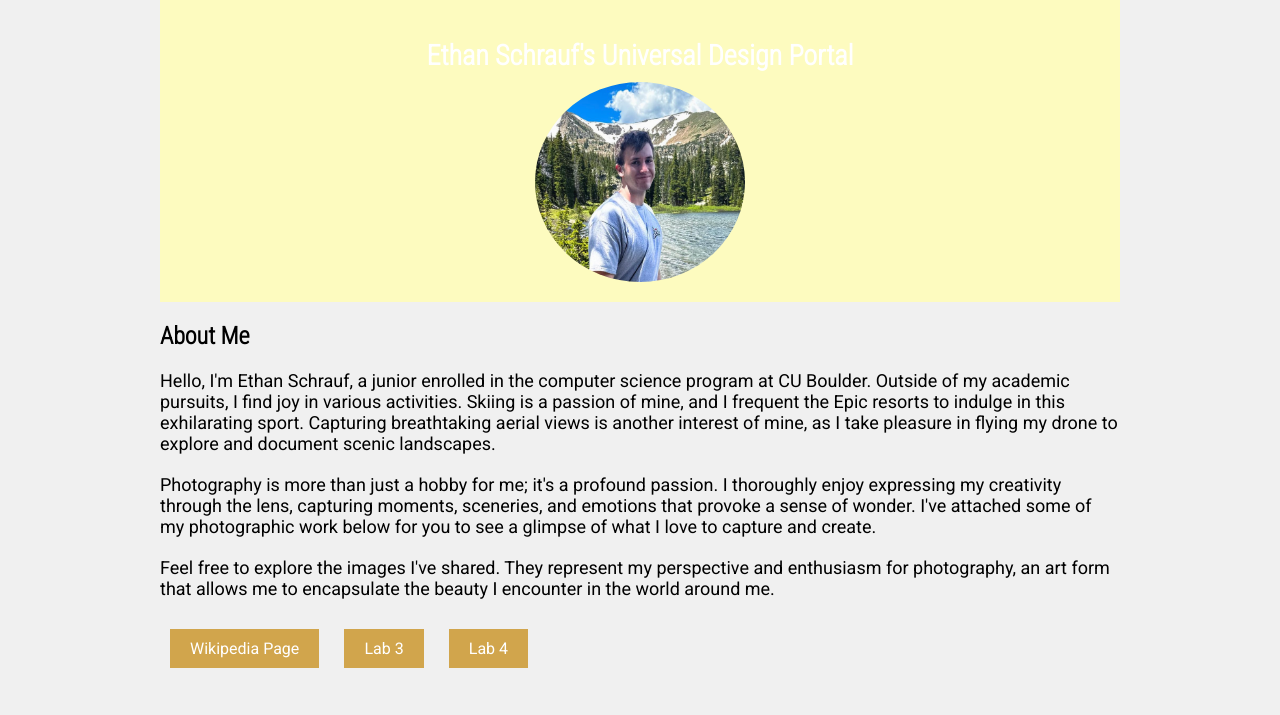
Repository: ethan-schrauf/UniversalDesignWebsite
Page: index.html
These files come from the project's save history. The page is drawn as it stood at one moment and after the next save; the edit follows.
The browser window is 1280 px wide. The pictures show the whole page.

Above is the page before, as saved 2023-10-30 22:26:18.

### index.html
<!DOCTYPE html>
<html lang="en">
<head>
    <meta charset="UTF-8">
    <meta name="viewport" content="width=device-width, initial-scale=1.0">
    <title>Universal Design Portal</title>
    <link href="index.css" rel="stylesheet">
</head>
<body>
    <div class = "container">
    <header>
        <h1>Ethan Schrauf's Universal Design Portal</h1>
        <img src="images/IMG_258630A4E789-1.jpeg" alt="Picture of Ethan Schrauf on a hike.">
    </header>
    <main>

    <section>
        <h2>About Me</h2>
        <p>Hello, I'm Ethan Schrauf, a junior enrolled in the computer science program at CU Boulder. Outside of my academic pursuits, I find joy in various activities. Skiing is a passion of mine, and I frequent the Epic resorts to indulge in this exhilarating sport. Capturing breathtaking aerial views is another interest of mine, as I take pleasure in flying my drone to explore and document scenic landscapes. </p>
        <p>Photography is more than just a hobby for me; it's a profound passion. I thoroughly enjoy expressing my creativity through the lens, capturing moments, sceneries, and emotions that provoke a sense of wonder. I've attached some of my photographic work below for you to see a glimpse of what I love to capture and create.</p>
        <p>Feel free to explore the images I've shared. They represent my perspective and enthusiasm for photography, an art form that allows me to encapsulate the beauty I encounter in the world around me.</p>
    </section>
        <form style = "display: inline;" action="https://ethan-schrauf.github.io/UniversalDesignWebsite/wikipedia.html" method="get">
            <button>Wikipedia Page</button>
        </form>

        <form style = "display: inline;" action="https://ethan-schrauf.github.io/UniversalDesignWebsite/lab3.html" method="get">
            <button>Lab 3</button>
        </form>

        <form style = "display: inline;" action="https://ethan-schrauf.github.io/UniversalDesignWebsite/lab4.html" method="get">
            <button>Lab 4</button>
        </form>
    </main>
</div>
</body>
</html>

### index.css
@import url('https://fonts.googleapis.com/css2?family=Roboto&display=swap');
@import url('https://fonts.googleapis.com/css2?family=Roboto&family=Roboto+Condensed:wght@300&display=swap');


.sr-only {
    border: 0;
    clip: rect(0, 0, 0, 0);
    height: 1px;
    margin: -1px;
    overflow: hidden;
    padding: 0;
    position: absolute;
    white-space: nowrap;
    width: 1px;

  }

body {
    font-family: Verdana, sans-serif;
    margin: 0;
    padding: 0;
    background-color: #f0f0f0;
}

header {
    text-align: center;
    background-color: rgb(253, 251, 191);
    color: #fff;
    padding: 20px 0;
}

h1 {
    font-size: 28px;
    margin-bottom: 10px;
}

img {
    border-radius: 50%;
    width: 210px;
    height: 200px;
    display: block;
    margin: 0 auto;
}

h2 {
    font-size: 24px;
    margin-top: 20px;
}

p {
    font-size: 18px;
    margin: 10px 0;
}

button {
    font-family: Verdana, sans-serif;
    font-size: 16px;
    background-color: rgb(209, 165, 76);
    color: #fff;
    border: none;
    padding: 10px 20px;
    margin: 10px;
    cursor: pointer;
}

p,
button {
    font-family: 'Roboto', sans-serif;
    padding-bottom: 10px;
}

h2,
h1 {
    font-family: 'Roboto Condensed', sans-serif;
}

.container {
    margin: 0 auto;
    max-width: 960px;
}

After the next save:
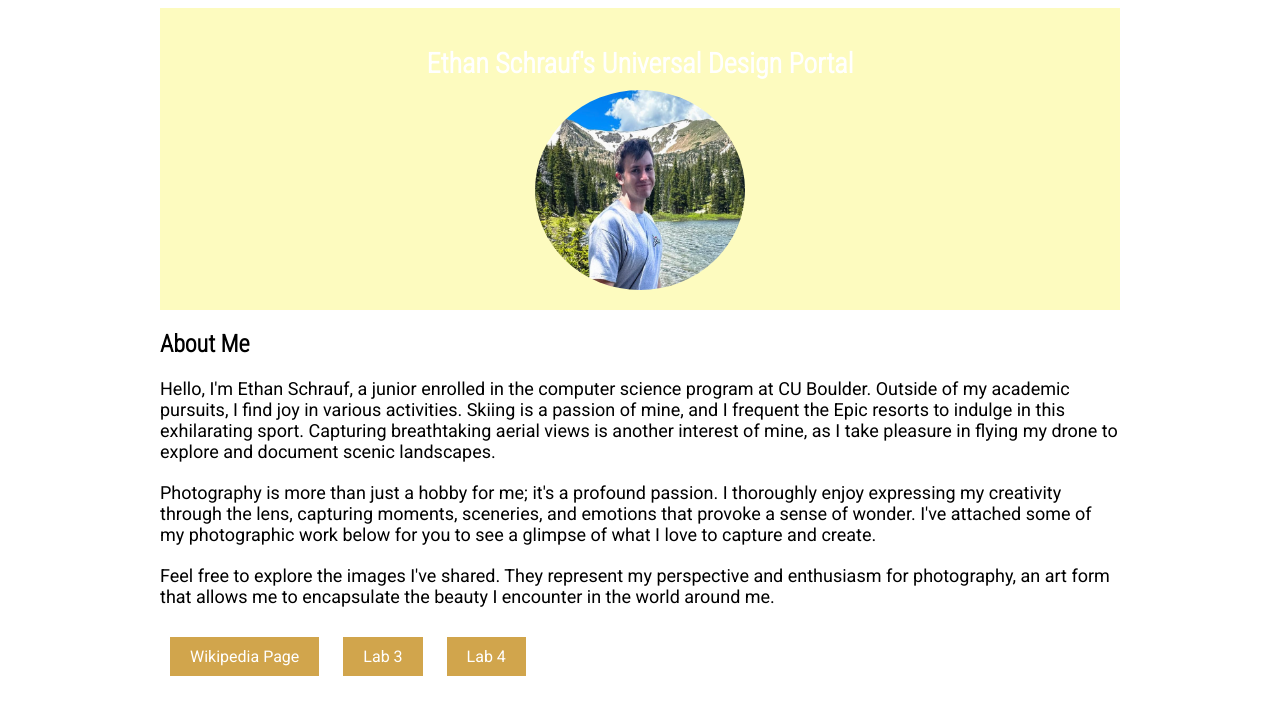
Saved 19 s later.
--- a/index.css
+++ b/index.css
@@ -15,12 +15,6 @@
 
   }
 
-body {
-    font-family: Verdana, sans-serif;
-    margin: 0;
-    padding: 0;
-    background-color: #f0f0f0;
-}
 
 header {
     text-align: center;
